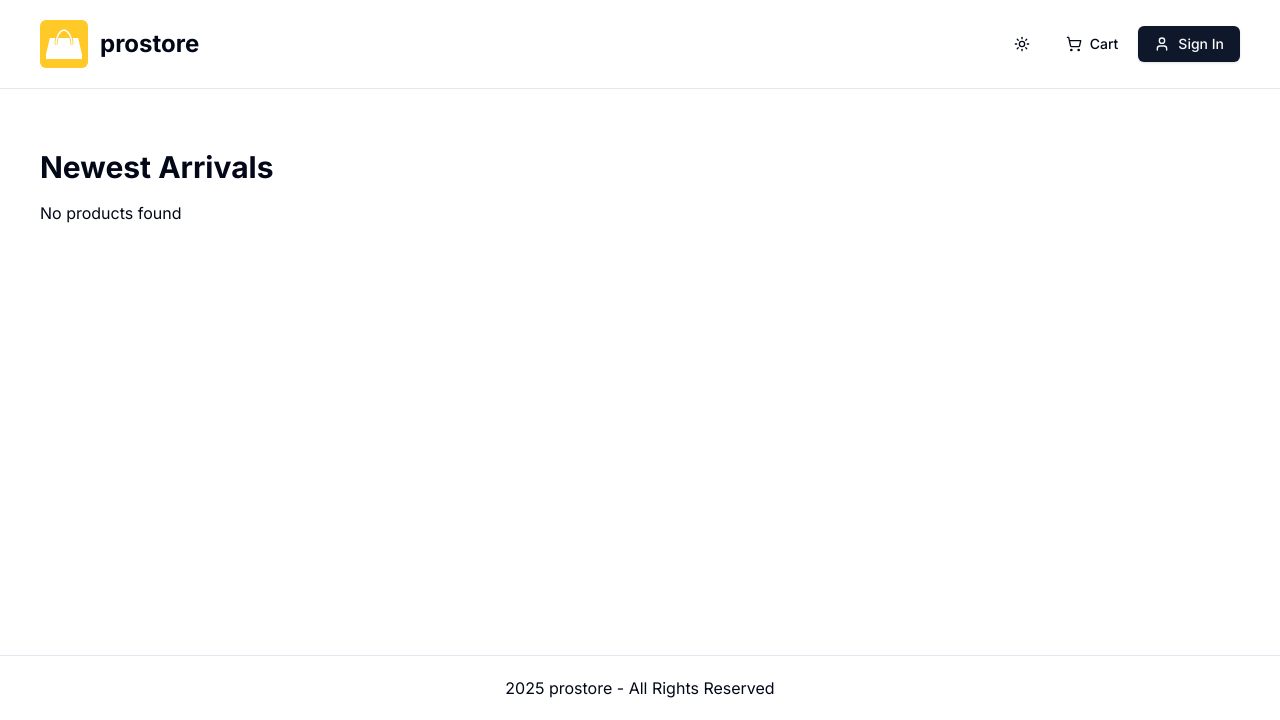
Repository: maminizer/prostore
Page: /
The author's editor kept a copy of each file at every save. The page is drawn from the files as they stood at one save, then again after the next save.
The browser window is 1280 px wide. The pictures show the whole page.
The page's requests for data from a server got no answer. The project was rebuilt for these pictures with package versions that can differ from the ones it lists, and the page was loaded fresh each time. The framework's server and built-in components were replaced by stand-ins that run in the browser. No one was signed in, and anything a server would have sent is missing. Also part of the build but not shown: next.config.ts.

Above is the page before, as saved 2025-03-17 09:31:40.

After the next save:
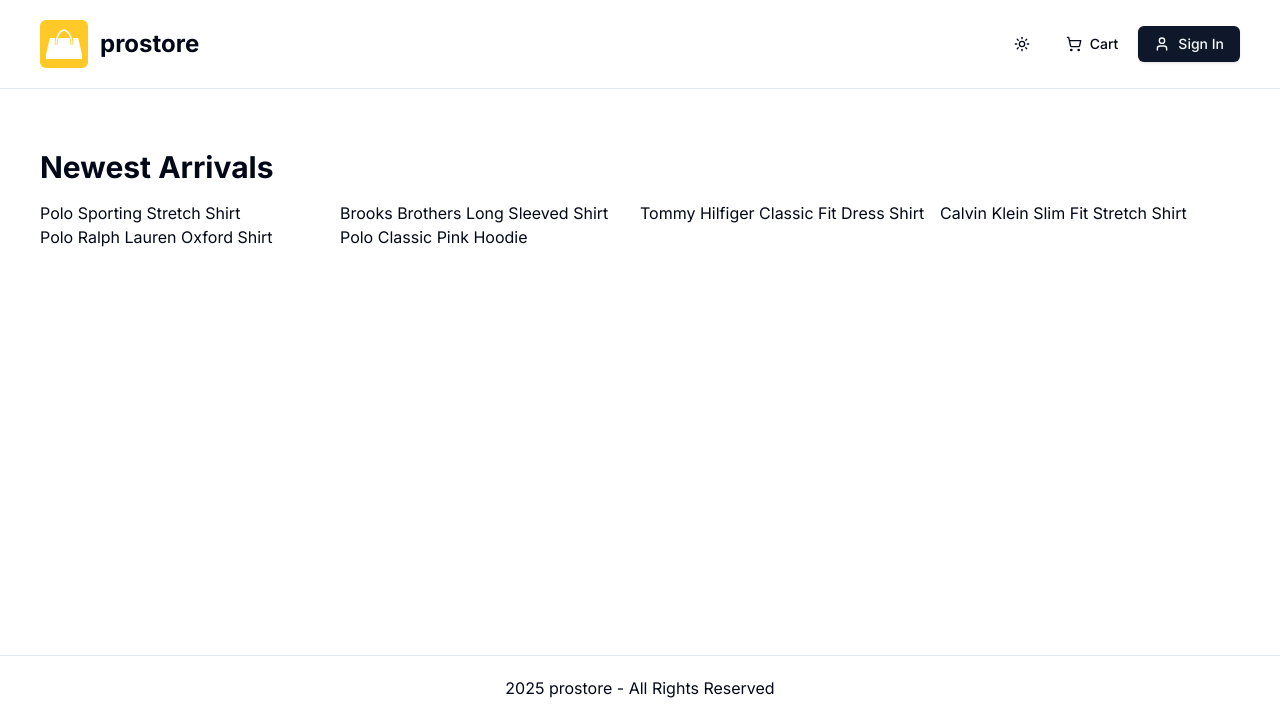
Saved 34 s later.
--- a/app/(root)/page.tsx
+++ b/app/(root)/page.tsx
@@ -4,7 +4,7 @@
 const HomePage = async () => {
   return (
     <>
-      <ProductList data={sampleData} title="Newest Arrivals" />
+      <ProductList data={sampleData.products} title="Newest Arrivals" />
     </>
   );
 };
